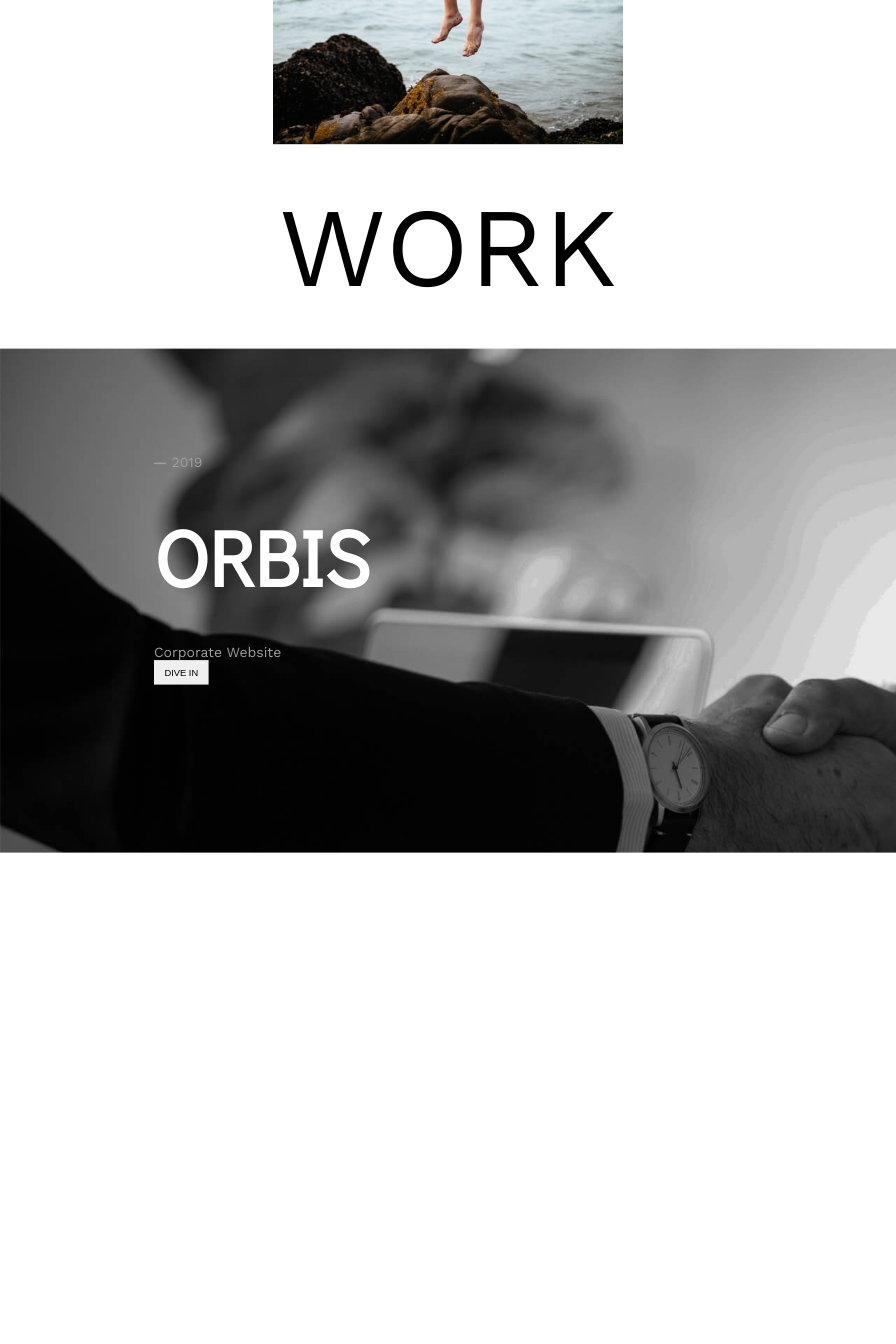
Repository: m0lt/DigitalDesigner
Page: index.html
An editor plug-in stored every save of this project. The page is shown before and after the next save, followed by the edit.
The browser window is 1280 px wide. The pictures show the part of the page from y = 910 to 2830 px (the page is 2848 px tall), at 70% of full size.
Backgrounds fixed to the window are drawn as part of the page.

Above is the page before, as saved 2025-07-08 10:58:08.

### index.html
<!DOCTYPE html>
<html lang="en">
  <head>
    <meta charset="UTF-8" />
    <meta name="viewport" content="width=device-width, initial-scale=1.0" />
    <link rel="stylesheet" href="./assets/css/styles.css" />
    <link rel="stylesheet" href="./assets/css/styles.css" />
    <title>Project 1</title>
  </head>
  <body>
    <header></header>
    <main>
      <section class="hero">
        <p>Super Portfolio of</p>
        <h1>DIGITAL<br />DESIGNER</h1>
        <img src="./assets/img/portfolio1.jpeg" alt="Man Jumping on Rock" />
        <p>WORK</p>
      </section>
      <section id="ORBIS" class="dark content">
        <p class="Year">2019</p>
        <h2>ORBIS</h2>
        <p>Corporate Website</p>
        <button>DIVE IN</button>
      </section>
      <section class="dark content"></section>
      <section></section>
      <section></section>
    </main>
    <footer></footer>
  </body>
</html>

### assets/css/styles.css
* {
  box-sizing: border-box;
  margin: 0;
  padding: 0;
}

:root {
  --primary-color: ;
  --void: #000;
  --bright: #fff;
  --dark: #333;
  --mid: #666;
  --light: #9e9e9e;
  --font-size: 16px;
}

@font-face {
  font-family: "Didact Gothic";
  src: url(../font/Didact_Gothic/DidactGothic-Regular.ttf);
}
@font-face {
  font-family: "Fjalla One";
  src: url(../font/Fjalla_One/FjallaOne-Regular.ttf);
}
@font-face {
  font-family: "Work Sans";
  src: url(../font/Work_Sans/WorkSans-VariableFont_wght.ttf);
}

html {
}

h1 {
  font-family: "Didact Gothic";
  font-size: 100px;
  font-weight: 100px;
  letter-spacing: -2px;
  margin: 30px;
}

h2 {
  font-family: "Didact Gothic";
  font-size: 112px;
  padding: 50px 0 50px 0;
}

.content {
  padding: 150px 220px;
  height: 100vh;
  background-repeat: no-repeat;
  background-attachment: fixed;
}

.content p {
  font-family: "Work Sans";
  font-size: 20px;
}

/* Strich vor der Jahreszahl */
.Year::before {
  content: "";
  display: inline-block;
  width: 17px;
  height: 2px;
  margin-right: 8px;
  vertical-align: middle;
}

button {
  border: 2px solid;
  padding: 10px 15px;
}

.light {
}

.dark p {
  color: var(--light);
}
.dark h2 {
  color: var(--bright);
}
.dark button {
  border: var(--bright);
}
.dark .Year::before {
  background-color: var(--light);
}

/* #==============Sections=============== */

.hero {
  text-align: center;
  margin: 20px;
}
.hero p {
  font-family: "Work Sans";
}
.hero p:nth-of-type(1) {
  font-size: 20px;
}
.hero p:nth-of-type(2) {
  margin: 50px;
  font-size: 160px;
}

#ORBIS {
  background-image: url("../img/portfolio2.jpg");
}

After the next save:
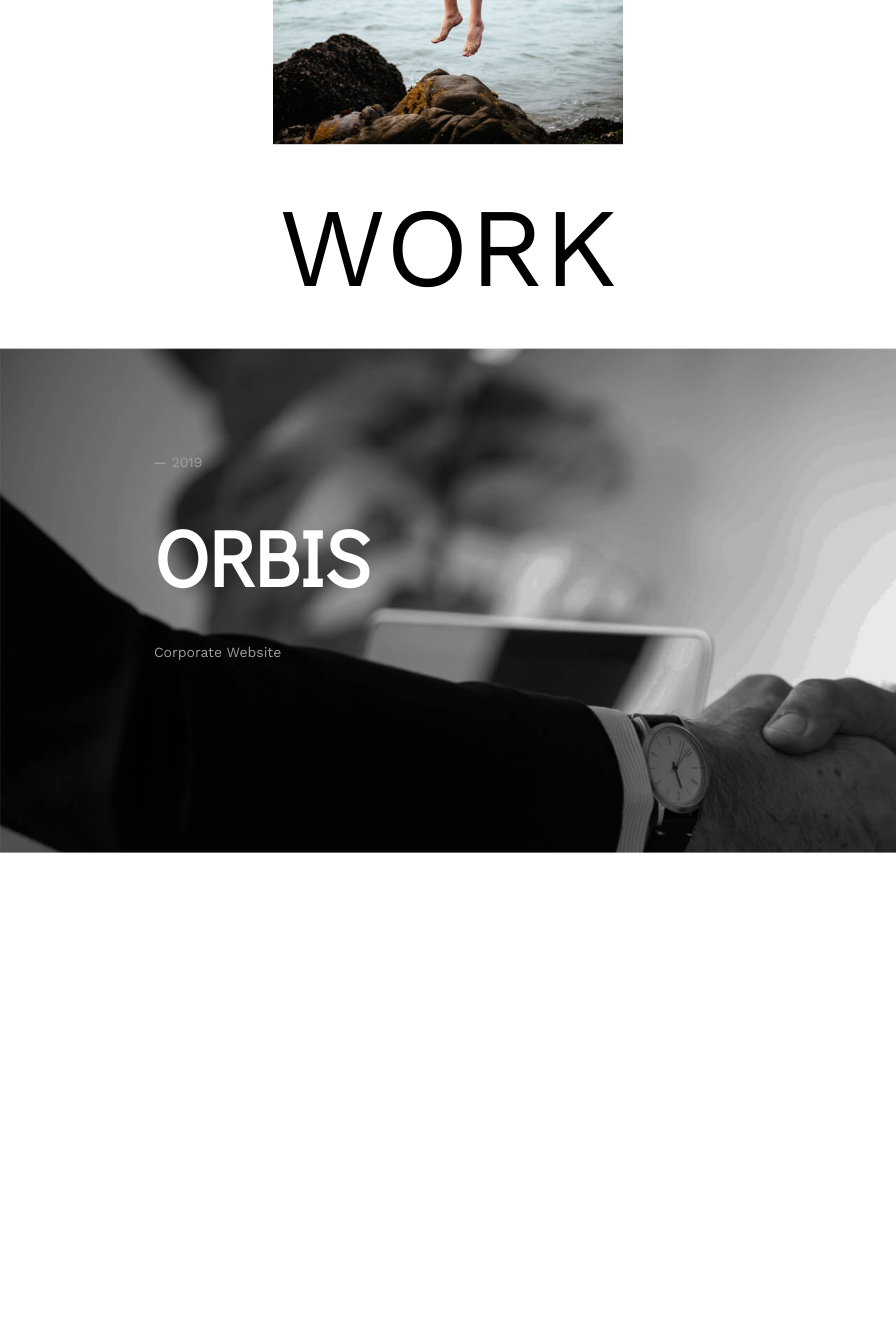
Saved 10 s later.
--- a/assets/css/styles.css
+++ b/assets/css/styles.css
@@ -69,6 +69,7 @@ h2 {
 button {
   border: 2px solid;
   padding: 10px 15px;
+  background: none;
 }
 
 .light {
